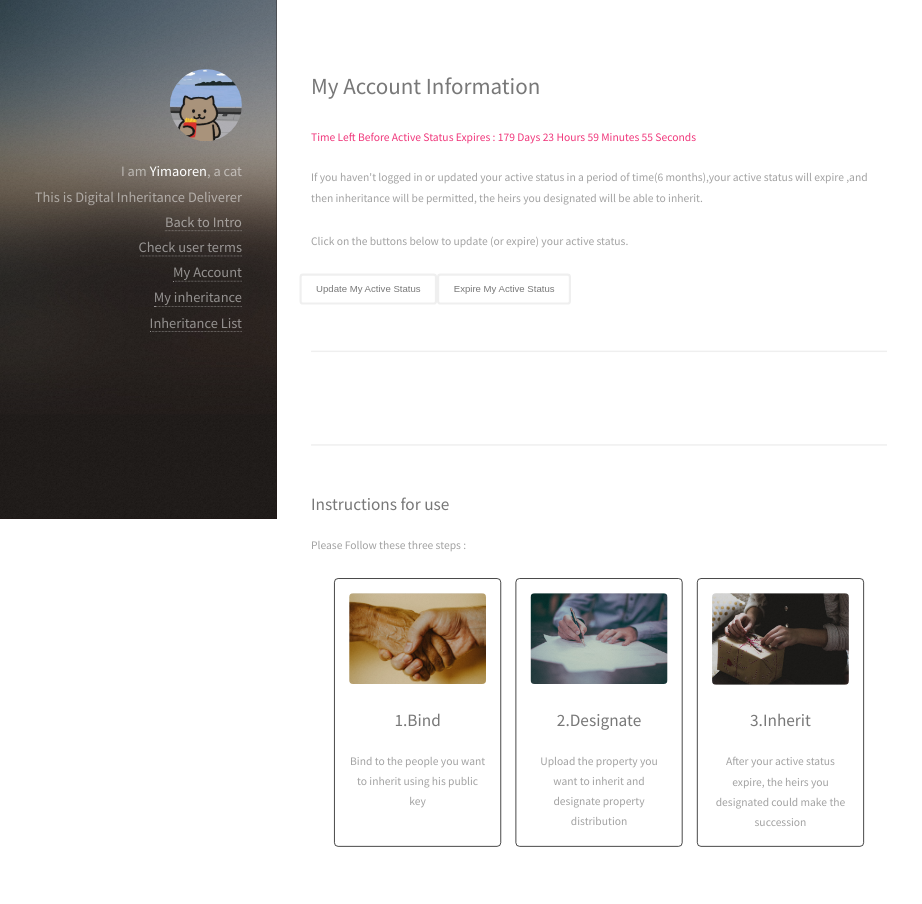
Repository: 1mocat/DID-blockchain-project
Page: Digital_I_D/app/src/myaccount.html
These files come from the project's save history. The page is drawn as it stood at one moment and after a run of saves; the edit follows.
The browser window is 1280 px wide. The pictures show the whole page, at 72% of full size.

Above is the page before, as saved 2023-10-02 23:59:26.

### Digital_I_D/app/src/myaccount.html
<!DOCTYPE HTML>
<html>



<head>
	<title>Strata by HTML5 UP</title>
	<meta charset="utf-8" />
	<meta name="viewport" content="width=device-width, initial-scale=1, user-scalable=no" />
	<link rel="stylesheet" href="assets_account/css/main.css" />
	<style>
		#countdown {
			font-size: 16px;
			color: rgb(240, 55, 123);
		}

		.container {
			display: grid;
			/* 使用 grid 布局 */
			grid-template-columns: repeat(3, 1fr);
			/* 创建三列，均匀分布空间 */
			gap: 20px;
			/* 间隔大小 */
		}

		.box {
			padding: 20px;
			/* 内边距 */
			border: 1px solid #000;
			/* 边框样式 */
			text-align: center;
			/* 文本居中 */
		}
	</style>
</head>

<body class="is-preload">

	<!-- Header -->

	<header id="header">
		<div class="inner">
			<a href="#" class="image avatar"><img src="images/yimaoren.jpg" alt="" /></a>
			<h1>I am <strong>Yimaoren</strong>, a cat<br /></h1>
			<h1>This is Digital Inheritance Deliverer</h1>
			<h1><a href="index.html">Back to Intro</a></h1>
			<h1><a href="UserAgreement.html">Check user terms</a></h1>
			<h1><a href="NFTList.html">My Account</a></h1>
			<h1><a href="NFTList.html">My inheritance</a></h1>
			<h1><a href="AuctionList.html">Inheritance List</a></h1>
		</div>
	</header>

	<!-- Main -->
	<div id="main">

		<!-- One -->
		<section id="one">
			<header class="major">
				<h2>My Account Information</h2>
				<div id="countdown"></div>
				<script>
					// 目标日期：当前日期 + 30*6 天
					const targetDate = new Date();
					targetDate.setDate(targetDate.getDate() + 30 * 6);

					// 更新倒计时的函数
					function updateCountdown() {
						const currentDate = new Date();
						const timeDifference = targetDate - currentDate;

						if (timeDifference <= 0) {
							document.getElementById('countdown').innerHTML = '倒计时结束';
						} else {
							const days = Math.floor(timeDifference / (1000 * 60 * 60 * 24));
							const hours = Math.floor((timeDifference % (1000 * 60 * 60 * 24)) / (1000 * 60 * 60));
							const minutes = Math.floor((timeDifference % (1000 * 60 * 60)) / (1000 * 60));
							const seconds = Math.floor((timeDifference % (1000 * 60)) / 1000);

							const countdownText = `Time Left Before Active Status Expires : ${days} Days ${hours} Hours ${minutes} Minutes ${seconds} Seconds`;
							document.getElementById('countdown').innerHTML = countdownText;
						}
					}
					// 初始调用更新倒计时
					updateCountdown();
					// 每秒更新一次倒计时
					setInterval(updateCountdown, 1000);
				</script>
			</header>

			<p><br>If you haven't logged in or updated your active status in a period of time(6 months),your active
				status will expire ,and then inheritance will be permitted, the heirs you designated will be able to
				inherit.
				<br>
			</p>
			<p> Click on the buttons below to update (or expire) your active status. </p>
			<ul class="actions">
				<button onclick="" class="button">Update My Active Status </button>
				<button onclick="" class="button">Expire My Active Status </button>
			</ul>
		</section>

		<section id="two">

		</section>




		<!-- Three -->
		<section id="three">
			<h2>Instructions for use</h2>
			<p>Please Follow these three steps :</p>
			<div class="container">
				<div class="box">
					<a class="image fit"><img src="images/bind.jpg" title="Bind" alt="" /></a>
					<h2>1.Bind</h2>
					<p>Bind to the people you want to inherit using his public key</p>
				</div>
				<div class="box">
					<a class="image fit"><img src="images/assign.jpg" title="Designate" alt="" /></a>
					<h2>2.Designate</h2>
					<p>Upload the property you want to inherit and designate property distribution</p>
				</div>
				<div class="box">
					<a class="image fit"><img src="images/open.png" title="Inherit" alt="" /></a>
					<h2>3.Inherit</h2>
					<p>After your active status expire, the heirs you designated could make the succession</p>
				</div>
			</div>
		</section>



	</div>



	<!-- Scripts -->
	<script src="assets_account/js/jquery.min.js"></script>
	<script src="assets_account/js/jquery.poptrox.min.js"></script>
	<script src="assets_account/js/browser.min.js"></script>
	<script src="assets_account/js/breakpoints.min.js"></script>
	<script src="assets_account/js/util.js"></script>
	<script src="assets_account/js/main.js"></script>




</body>

</html>

Loaded but not shown: Digital_I_D/app/src/assets_account/css/fontawesome-all.min.css (library); Digital_I_D/app/src/assets_account/js/jquery.min.js (library); Digital_I_D/app/src/assets_account/js/jquery.poptrox.min.js (library); Digital_I_D/app/src/assets_account/js/browser.min.js (common file); Digital_I_D/app/src/assets_account/js/breakpoints.min.js (common file); Digital_I_D/app/src/assets_account/js/util.js (587 lines, source omitted); Digital_I_D/app/src/assets_account/js/main.js (117 lines, source omitted); Digital_I_D/app/src/assets_account/css/main.css (3221 lines, source omitted)

After the next 2 saves:
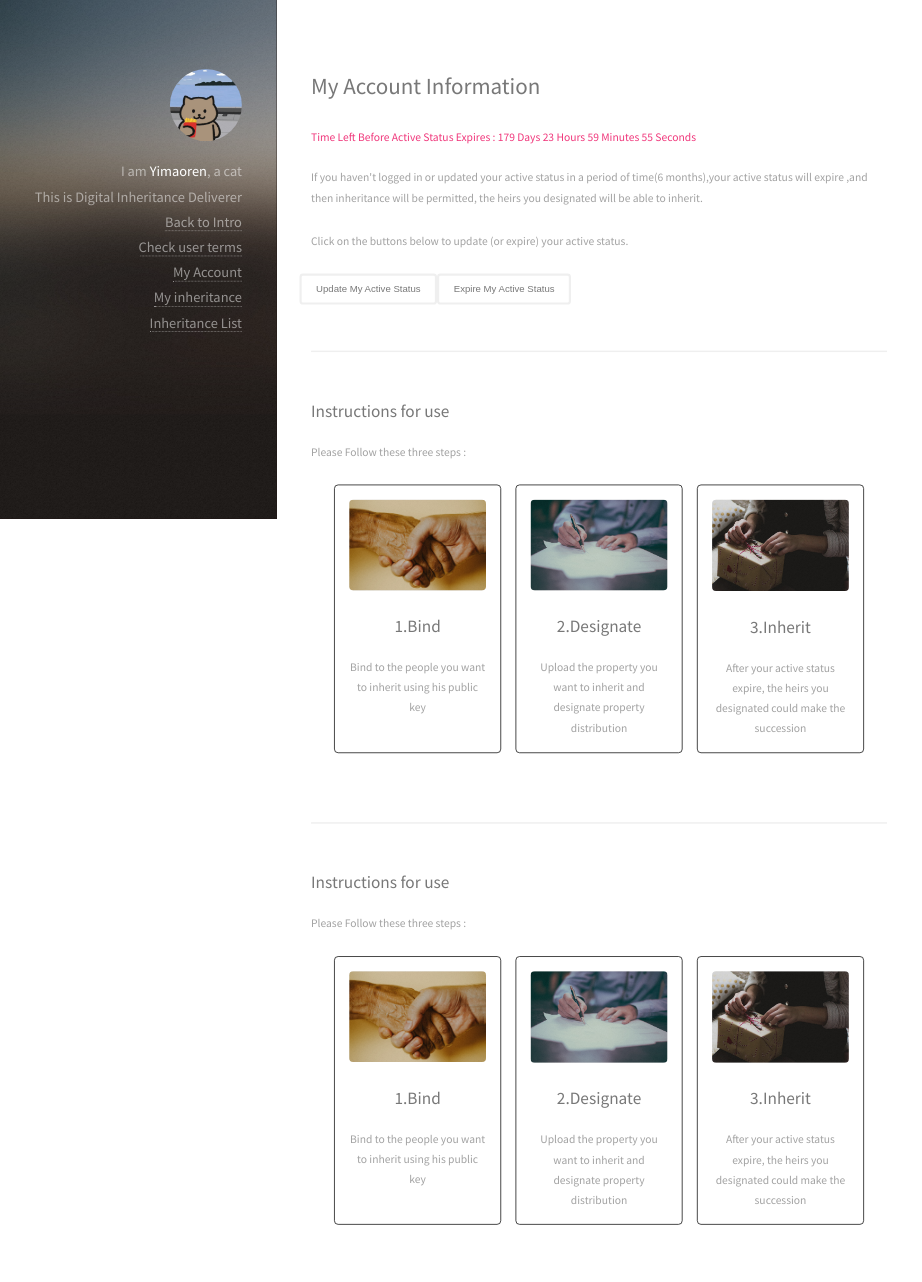
The 2 saves are shown as one change because they came seconds apart.
The last was saved 10 s later.
--- a/Digital_I_D/app/src/myaccount.html
+++ b/Digital_I_D/app/src/myaccount.html
@@ -101,7 +101,25 @@
 		</section>
 
 		<section id="two">
-
+			<h2>Instructions for use</h2>
+			<p>Please Follow these three steps :</p>
+			<div class="container">
+				<div class="box">
+					<a class="image fit"><img src="images/bind.jpg" title="Bind" alt="" /></a>
+					<h2>1.Bind</h2>
+					<p>Bind to the people you want to inherit using his public key</p>
+				</div>
+				<div class="box">
+					<a class="image fit"><img src="images/assign.jpg" title="Designate" alt="" /></a>
+					<h2>2.Designate</h2>
+					<p>Upload the property you want to inherit and designate property distribution</p>
+				</div>
+				<div class="box">
+					<a class="image fit"><img src="images/open.png" title="Inherit" alt="" /></a>
+					<h2>3.Inherit</h2>
+					<p>After your active status expire, the heirs you designated could make the succession</p>
+				</div>
+			</div>
 		</section>
 
 
